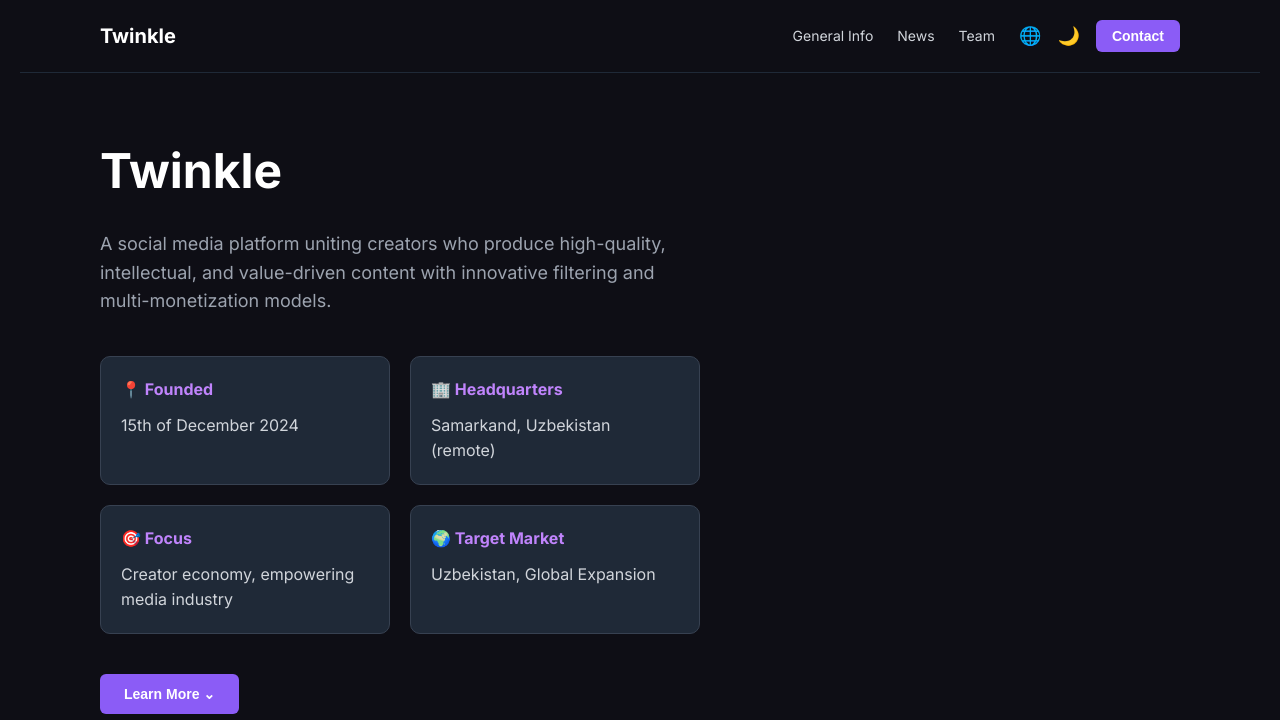
Repository: techboy-33/Twinkle-web
Page: index.html
An editor plug-in stored every save of this project. The page is shown before and after the next save, followed by the edit.
The browser window is 1280 px wide. The pictures show the whole page.

Above is the page before, as saved 2025-05-12 09:55:06.

### index.html
<!DOCTYPE html>
<html lang="en">

<head>
    <meta charset="UTF-8" />
    <meta name="viewport" content="width=device-width, initial-scale=1.0" />
    <title>Twinkle</title>
    <link href="styles.css" rel="stylesheet" />
    <link href="https://fonts.googleapis.com/css2?family=Inter:wght@400;600;700&display=swap" rel="stylesheet">
</head>

<body>
    <header class="navbar">
        <div class="container nav-inner">
            <div class="logo">Twinkle</div>
            <div class="nav-right">
                <nav class="nav-links">
                    <a href="#">General Info</a>
                    <a href="#">News</a>
                    <a href="#">Team</a>
                </nav>
                <div class="nav-icons">
                    <button class="icon-btn">🌐</button>
                    <button class="icon-btn">🌙</button>
                    <button class="contact-btn">Contact</button>
                </div>
            </div>
        </div>
    </header>

    <main class="container">
        <section class="hero">
            <h1>Twinkle</h1>
            <p class="subtitle">
                A social media platform uniting creators who produce high-quality, intellectual, and value-driven
                content with innovative filtering and multi-monetization models.
            </p>

            <div class="info-grid">
                <div class="info-card">
                    <h3>📍 Founded</h3>
                    <p>15th of December 2024</p>
                </div>
                <div class="info-card">
                    <h3>🏢 Headquarters</h3>
                    <p>Samarkand, Uzbekistan (remote)</p>
                </div>
                <div class="info-card">
                    <h3>🎯 Focus</h3>
                    <p>Creator economy, empowering media industry</p>
                </div>
                <div class="info-card">
                    <h3>🌍 Target Market</h3>
                    <p>Uzbekistan, Global Expansion</p>
                </div>
            </div>

            <button class="learn-btn">Learn More ⌄</button>
        </section>
    </main>
</body>

</html>

### styles.css
* {
  margin: 0;
  padding: 0;
  box-sizing: border-box;
}

body {
  font-family: 'Inter', sans-serif;
  background-color: #0e0e15;
  color: #d1d5db;
  line-height: 1.6;
  padding: 0 20px;
}

.container {
  max-width: 1200px;
  margin: 0 auto;
  padding: 0 60px;
}

.navbar {
  background: transparent;
  border-bottom: 1px solid #1f2937;
  padding: 20px 0;
}

.nav-inner {
  display: flex;
  justify-content: space-between;
  align-items: center;
}

.hero {
  max-width: 600px;
  padding-top: 60px;
  text-align: left;
}

.logo {
  font-size: 20px;
  font-weight: 700;
  color: white;
}

.nav-right {
  display: flex;
  align-items: center;
  gap: 24px;
}

.nav-links {
  display: flex;
  gap: 24px;
}

.nav-links a {
  text-decoration: none;
  color: #d1d5db;
  font-weight: 500;
  font-size: 14px;
}

.nav-icons {
  display: flex;
  align-items: center;
  gap: 16px;
}

.icon-btn {
  background: none;
  border: none;
  color: #d1d5db;
  font-size: 18px;
  cursor: pointer;
}

.contact-btn {
  background-color: #8b5cf6;
  border: none;
  color: white;
  padding: 8px 16px;
  border-radius: 6px;
  font-weight: 600;
  font-size: 14px;
  cursor: pointer;
}


.main-container {
  max-width: 1200px;
  margin: 60px auto;
  padding-left: 60px;
  display: flex;
  justify-content: flex-start;
}


.hero h1 {
  font-size: 48px;
  font-weight: 700;
  color: white;
  margin-bottom: 20px;
}

.subtitle {
  font-size: 18px;
  color: #9ca3af;
  margin-bottom: 40px;
}

.info-grid {
  display: grid;
  grid-template-columns: repeat(auto-fit, minmax(260px, 1fr));
  gap: 20px;
  margin-bottom: 40px;
}

.info-card {
  background-color: #1f2937;
  padding: 20px;
  border-radius: 10px;
  border: 1px solid #374151;
}

.info-card h3 {
  font-size: 16px;
  color: #c084fc;
  margin-bottom: 10px;
}

.learn-btn {
  background-color: #8b5cf6;
  color: white;
  border: none;
  padding: 12px 24px;
  font-weight: 600;
  border-radius: 6px;
  cursor: pointer;
  font-size: 14px;
}

After the next save:
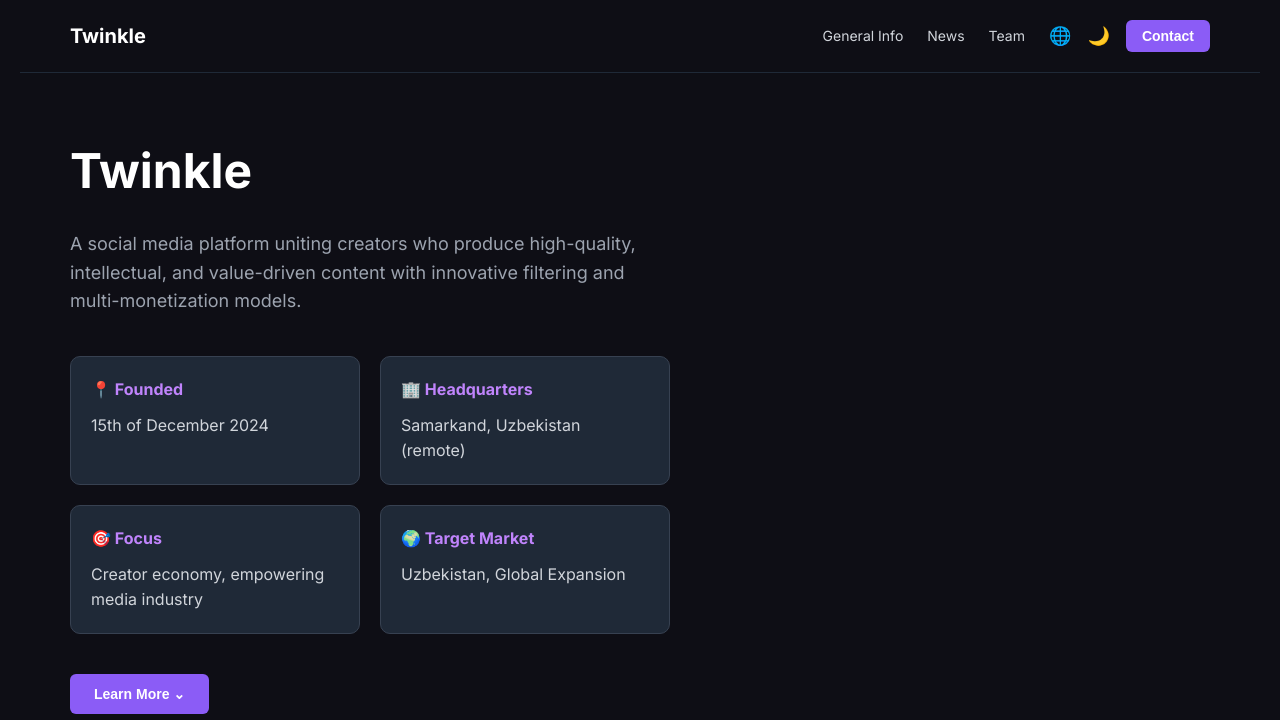
Saved 96 s later.
--- a/styles.css
+++ b/styles.css
@@ -15,7 +15,7 @@
 .container {
   max-width: 1200px;
   margin: 0 auto;
-  padding: 0 60px;
+  padding: 0 30px;
 }
 
 .navbar {
